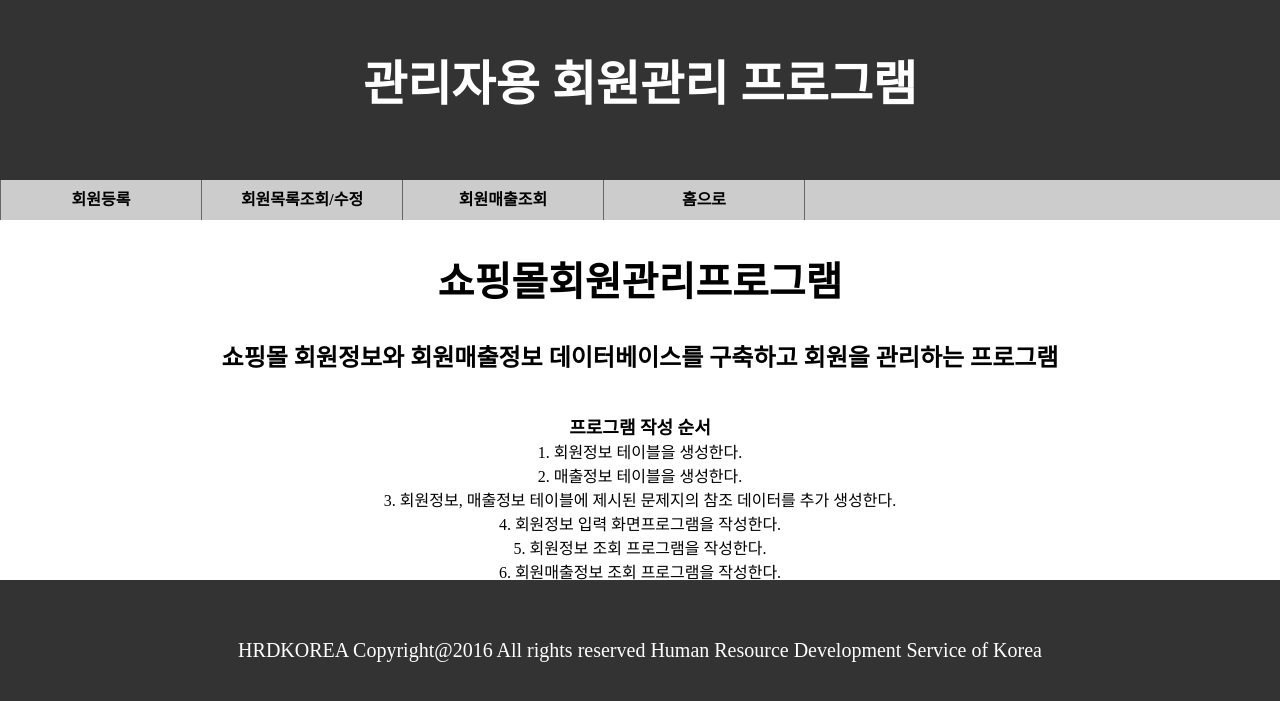
Repository: jsky1234/NCS
Page: http://localhost/HRD_1/admin.jsp
The author's editor kept a copy of each file at every save. The page is drawn from the files as they stood at one save, then again after the next save.
The browser window is 1280 px wide. The pictures show the whole page.
The page is served by Tomcat 9.

Above is the page before, as saved 2020-11-11 02:48:02.

After the next save:
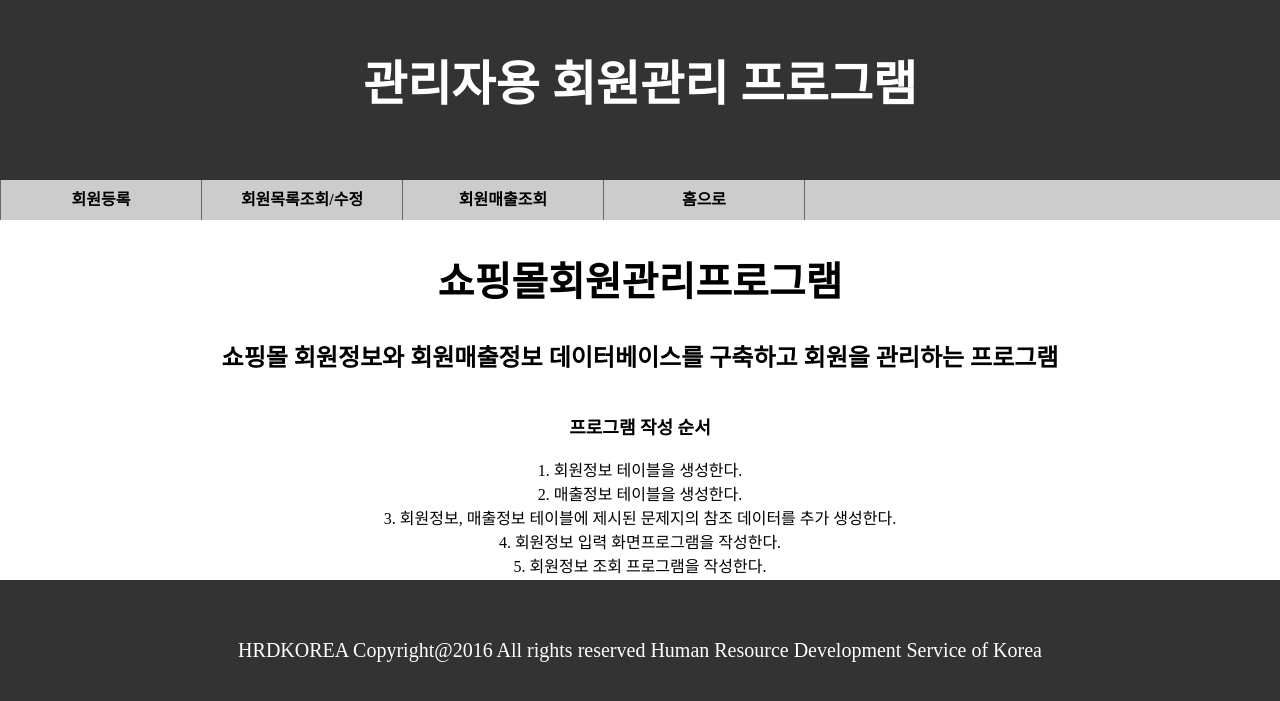
Saved 21 s later.
--- a/ncs1/HRD_1/WebContent/admin.jsp
+++ b/ncs1/HRD_1/WebContent/admin.jsp
@@ -12,7 +12,7 @@
 			<h3 class="item_tit1">쇼핑몰 회원정보와 회원매출정보 데이터베이스를 구축하고 회원을 관리하는 프로그램</h3>
 			<h3 class="item_tit2">프로그램 작성 순서</h3>
 			<ul>
-				<li>1. 회원정보 테이블을 생성한다.</li>
+				<li><br>1. 회원정보 테이블을 생성한다.</li>
 				<li>2. 매출정보 테이블을 생성한다.</li>
 				<li>3. 회원정보, 매출정보 테이블에 제시된 문제지의 참조 데이터를 추가 생성한다.</li>
 				<li>4. 회원정보 입력 화면프로그램을 작성한다.</li>
